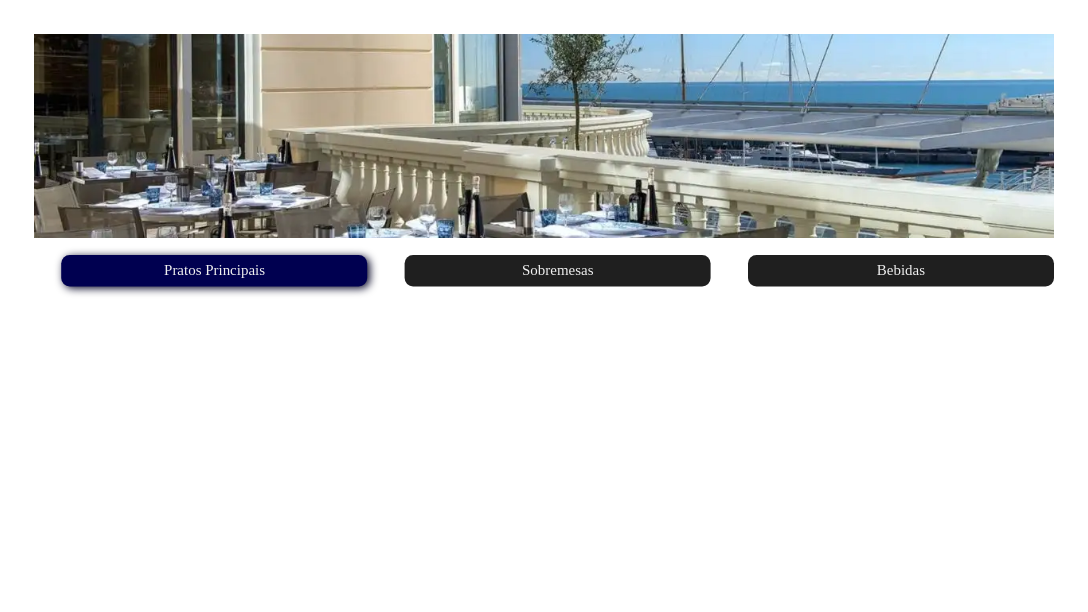
Repository: CarlosEduardoVdeOliveira/cardapio
Page: /
An editor plug-in stored every save of this project. The page is shown before and after the next save, followed by the edit.
The browser window is 1280 px wide. The pictures show the whole page, at 85% of full size.
The project was rebuilt for these pictures with package versions that can differ from the ones it lists, and the page was loaded fresh each time. Also part of the build but not shown: vite.config.js.

Above is the page before, as saved 2024-02-02 14:39:03.

### src/App.jsx
import "./App.css"
import { Navegacao } from "./Navegacao"
import banner from "./assets/hashtaurante.webp"

export function App() {
  return (
    <>
      <img className="capa" src={banner} alt="imagem do restaurante em Monaco, França, em frente ao mar" />
      <Navegacao />
    </>
  )
}

### src/Navegacao.jsx

export function Navegacao() {
  return (
    <div className="navegacao">
      <input type="radio" name="opcao-pagina" id="pagina-0" defaultChecked />
      <label htmlFor="pagina-0">Pratos Principais</label>
      <input type="radio" name="opcao-pagina" id="pagina-1" />
      <label htmlFor="pagina-1">Sobremesas</label>
      <input type="radio" name="opcao-pagina" id="pagina-2" />
      <label htmlFor="pagina-2">Bebidas</label>
    </div>
  )
}

### src/itemCardapio.jsx
import {enroladinhoMignon} from "./cardapio"
export function ItemCardapio(){
  return (
    <div>
      <div>
        <h2>{enroladinhoMignon.nome}</h2>
        <p>{enroladinhoMignon.preco}</p>
        <p>{enroladinhoMignon.descricao}</p>
      </div>
      <img src={enroladinhoMignon.imagem} alt={enroladinhoMignon.descricao} />
    </div>
  )
}

### src/cardapio.js
import enroladinhoMignonImg from './assets/pratos/enroladinho-mignon.jpeg';
import casal20Img from './assets/pratos/casal-20.jpeg';
import burguerPicanhaImg from './assets/pratos/burguer-picanha.jpeg';
import fishChipsImg from './assets/pratos/fish-chips.jpeg';
import risotoCamaraoTrufadoImg from './assets/pratos/risoto-camarao-trufado.jpeg';

import brownieImg from './assets/sobremesas/brownie.jpeg';
import cocadaFornoImg from './assets/sobremesas/cocada-forno.jpeg';
import petitGateauImg from './assets/sobremesas/petit-gateau.jpeg';

import aguaSemGasImg from './assets/bebidas/agua-sem-gas.jpeg';
import aguaComGasImg from './assets/bebidas/agua-com-gas.jpeg';
import cocaColaImg from './assets/bebidas/coca-cola.jpeg';
import guaranaImg from './assets/bebidas/guarana.jpeg';
import heinekenImg from './assets/bebidas/heineken.jpeg';

export const enroladinhoMignon = {
  nome: 'Enroladinho de Mignon',
  preco: 'R$ 64,90',
  imagem: enroladinhoMignonImg,
  descricao: 'Finíssimas fatias de filé mignon enroladas no parmesão',
};
const casal20 = {
  nome: 'Casal 20',
  preco: 'R$ 29,00',
  imagem: casal20Img,
  descricao: 'Casal perfeito pão de alho caseiro e linguiça toscana grill',
};
const burguerPicanha = {
  nome: 'Burguer de Picanha',
  preco: 'R$ 44,90',
  imagem: burguerPicanhaImg,
  descricao:
    'Burguer de Picanha Angus, Queijo Cheddar, Crisp de Cebola e Geléia de Bacon',
};
const fishChips = {
  nome: 'Fish and Chips',
  preco: 'R$ 79,90',
  imagem: fishChipsImg,
  descricao:
    'Iscas de Peixe Empanada na Farinha Panko e Flocos de Milho e Batata Frita Palito',
};
const risotoCamaraoTrufado = {
  nome: 'Risoto de Camarão Trufado',
  preco: 'R$ 72,90',
  imagem: risotoCamaraoTrufadoImg,
  descricao:
    'Arroz Arbóreo, camarões salteados no azeite trufado e crocantes de panko',
};

const brownie = {
  nome: 'Brownie',
  preco: 'R$ 32,90',
  imagem: brownieImg,
  descricao:
    'Delicioso brownie caseiro, sorvete de creme, calda quente de chocolate',
};
const cocadaForno = {
  nome: 'Cocada de Forno',
  preco: 'R$ 32,90',
  imagem: cocadaFornoImg,
  descricao:
    'Cremosa cocada de coco torrado, doce de leite argentino e sorvete de creme',
};
const petitGateau = {
  nome: 'Petit Gateau',
  preco: 'R$ 34,90',
  imagem: petitGateauImg,
  descricao:
    'Bolo quente recheado com ganache de chocolate, leite condensado e castanha de caju',
};

const aguaSemGas = {
  nome: 'Água sem gás',
  preco: 'R$ 6,90',
  imagem: aguaSemGasImg,
  descricao: '310ml',
};
const aguaComGas = {
  nome: 'Água com gás',
  preco: 'R$ 7,90',
  imagem: aguaComGasImg,
  descricao: '310ml',
};
const cocaCola = {
  nome: 'Coca-Cola',
  preco: 'R$ 7,90',
  imagem: cocaColaImg,
  descricao: '290ml',
};
const guarana = {
  nome: 'Guaraná Antártica',
  preco: 'R$ 7,90',
  imagem: guaranaImg,
  descricao: '350ml',
};
const heineken = {
  nome: 'Heineken',
  preco: 'R$ 15,90',
  imagem: heinekenImg,
  descricao: '355ml',
};

export const pratosPrincipais = [
  burguerPicanha,
  enroladinhoMignon,
  casal20,
  fishChips,
  risotoCamaraoTrufado,
];

export const sobremesas = [brownie, cocadaForno, petitGateau];

export const bebidas = [aguaSemGas, aguaComGas, cocaCola, guarana, heineken];

Loaded but not shown: index.html (common file); src/main.jsx (common file); src/App.css (common file)

After the next save:
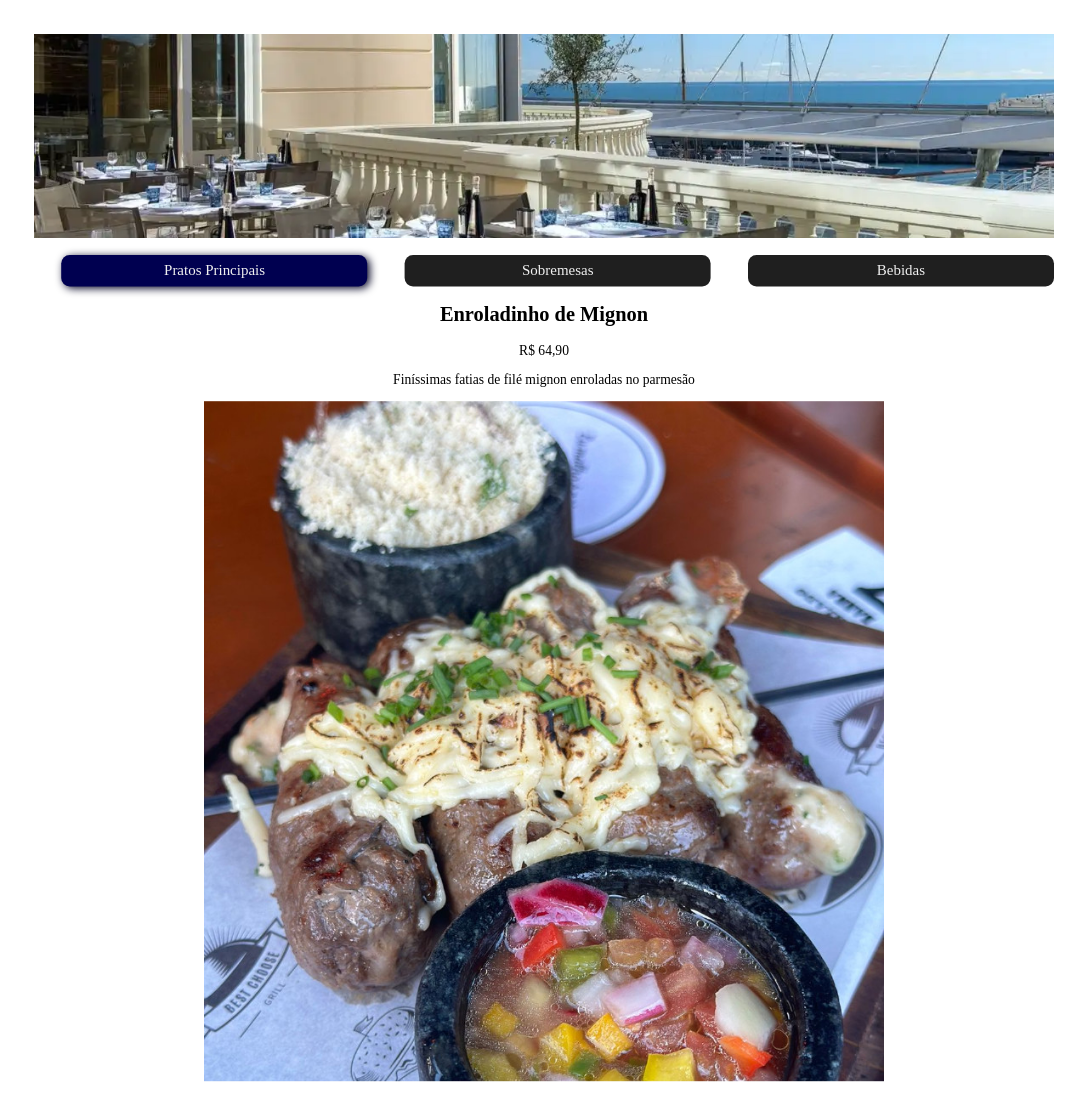
Saved 62 s later.
--- a/src/App.jsx
+++ b/src/App.jsx
@@ -1,12 +1,14 @@
 import "./App.css"
 import { Navegacao } from "./Navegacao"
 import banner from "./assets/hashtaurante.webp"
+import { ItemCardapio } from "./itemCardapio"
 
 export function App() {
   return (
     <>
       <img className="capa" src={banner} alt="imagem do restaurante em Monaco, França, em frente ao mar" />
       <Navegacao />
+      <ItemCardapio/>
     </>
   )
 }
